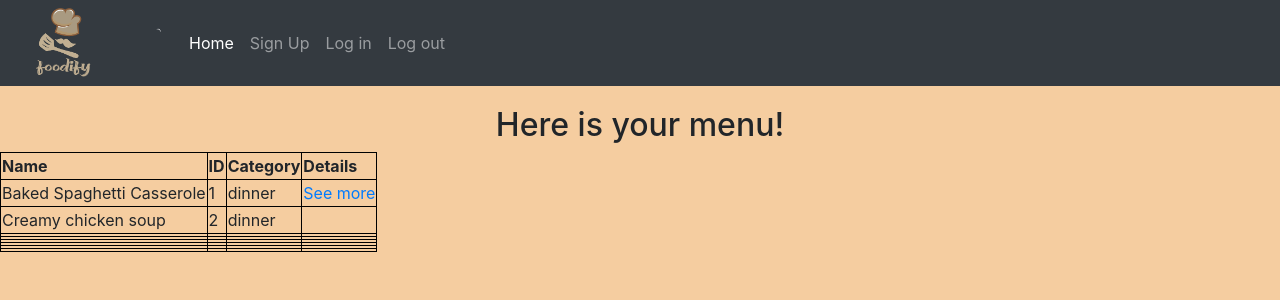
Repository: RanaHisham18/Foodify-Web-App
Page: Project IA raghda/usermenu.html
The author's editor kept a copy of each file at every save. The page is drawn from the files as they stood at one save, then again after the next save.
The browser window is 1280 px wide. The pictures show the whole page.

Above is the page before, as saved 2022-01-06 18:27:39.

### Project IA raghda/usermenu.html
<!DOCTYPE html>
<html lang="en">
<head>
    <meta charset="UTF-8">
    <meta http-equiv="X-UA-Compatible" content="IE=edge">
    <meta name="viewport" content="width=device-width, initial-scale=1.0">
    <link rel="stylesheet" href="https://maxcdn.bootstrapcdn.com/bootstrap/4.0.0/css/bootstrap.min.css"
     integrity="sha384-Gn5384xqQ1aoWXA+058RXPxPg6fy4IWvTNh0E263XmFcJlSAwiGgFAW/dAiS6JXm" crossorigin="anonymous">
     <link rel ="stylesheet" href="usermenu.css">
    <title>Document</title>
</head>
<body>
    <!--Navigation Bar-->
 <nav class="navbar navbar-expand-lg navbar-dark bg-dark sticky-top">
    <img class="image" src="images/foodify.png" alt="Foodify logo">

       <button class="navbar-toggler" type="button" data-bs-toggle="collapse" data-bs-target="#navbarScroll" aria-controls="navbarScroll" aria-expanded="false" aria-label="Toggle navigation">
         <span class="navbar-toggler-icon"></span>
       </button>
     <div class="container-fluid">
         <div class="collapse navbar-collapse" id="navbarScroll">
           <ul class="navbar-nav me-auto my-2 my-lg-0 navbar-nav-scroll" style="--bs-scroll-height: 100px;">
             <li class="nav-item">
               <a class="nav-link active" aria-current="page" href="home.php">Home</a>
             </li>
             <li class="nav-item">
               <a class="nav-link" href="register.php">Sign Up</a>
             </li>
             <li class="nav-item">
               <a class="nav-link" href="login.php">Log in</a>
             </li>
             <li class="nav-item">
               <a class="nav-link" href="login.php">Log out</a>

             </li>
           </ul>

         </div>
       </div>
   </nav>

   <h2>Here is your menu!</h2>

   <table>
<tr>
    <th>Name</th>
    <th>ID</th>
    <th>Category</th>
    <th>Details</th>
</tr>

<tr>
    <td> Baked Spaghetti Casserole</td>
    <td>1</td>
    <td>dinner</td>
    <td><a href="dinner.html">See more</a></td>
</tr>

<tr>
    <td>Creamy chicken soup</td>
    <td>2</td>
    <td>dinner</td>
    <td></td>
</tr>

<tr>
    <td></td>
    <td></td>
    <td></td>
    <td></td>
</tr>
<tr>
    <td></td>
    <td></td>
    <td></td>
    <td></td>
</tr>
<tr>
    <td></td>
    <td></td>
    <td></td>
    <td></td>
</tr>
<tr>
    <td></td>
    <td></td>
    <td></td>
    <td></td>
</tr>
<tr>
    <td></td>
    <td></td>
    <td></td>
    <td></td>
</tr>
<tr>
    <td></td>
    <td></td>
    <td></td>
    <td></td>
</tr>

   </table>
</body>
</html>

### Project IA raghda/usermenu.css
.image{
    cursor: pointer;
    height:70px;
     width:130px;
    margin-left: 20px;
  }
  .scroll{
      margin-top:200px;
      margin-left:50px;
  }
body
{
    background-color: #f5cda0;
}
h2{
    text-align: center;
    margin-top:  20px;
}
table, th, td {
    border:1px solid black;
  }

After the next save:
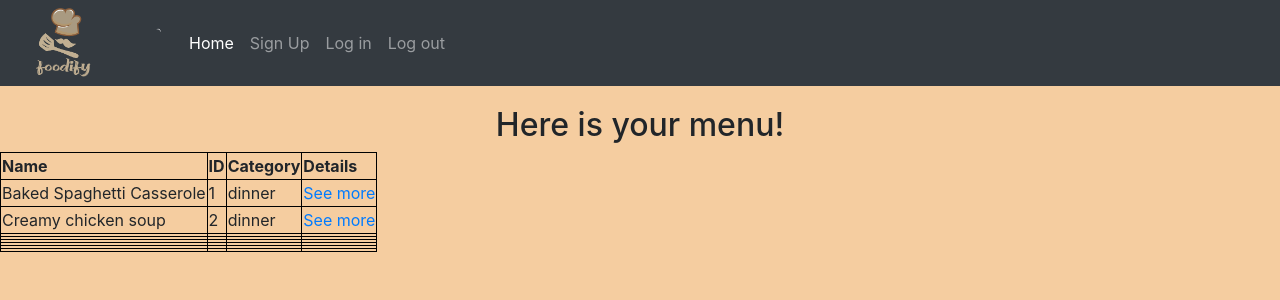
Saved 8 s later.
--- a/Project IA raghda/usermenu.html
+++ b/Project IA raghda/usermenu.html
@@ -60,7 +60,7 @@
     <td>Creamy chicken soup</td>
     <td>2</td>
     <td>dinner</td>
-    <td></td>
+    <td><a href="dinner.html">See more</a></td>
 </tr>
 
 <tr>
